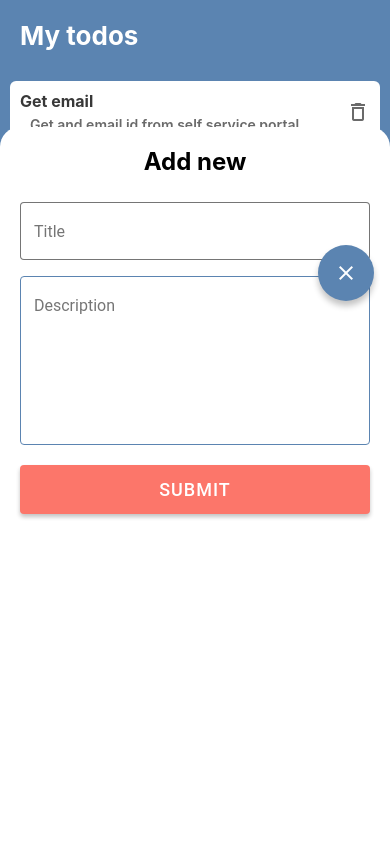
Repository: sadarsh216/Todo-App
Page: /, after clicking the first element matching `button.css-view-175oi2r`
These files come from the project's save history. The page is drawn as it stood at one moment and after the next save; the edit follows.
The browser window is 390 px wide. The pictures show the whole page.
The app was drawn by React Native's web renderer in a window 390 px wide. The project was rebuilt for these pictures with package versions that can differ from the ones it lists, and the page was loaded fresh each time.

Above is the page before, as saved 2021-10-09 15:17:59.

After the next save:
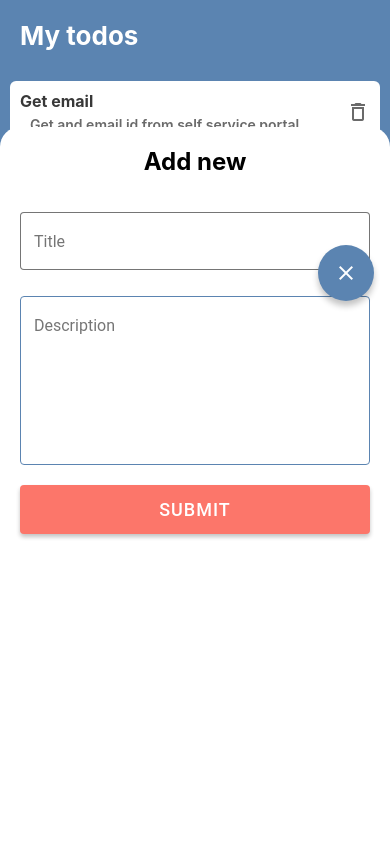
Saved 41 s later.
--- a/components/Modal.tsx
+++ b/components/Modal.tsx
@@ -78,7 +78,8 @@
     padding: 10,
     justifyContent: "space-around",
   },
-  input: {
+    input: {
+      marginTop:10,
     marginBottom: 10,
     backgroundColor: "white",
   },

After the save that followed:
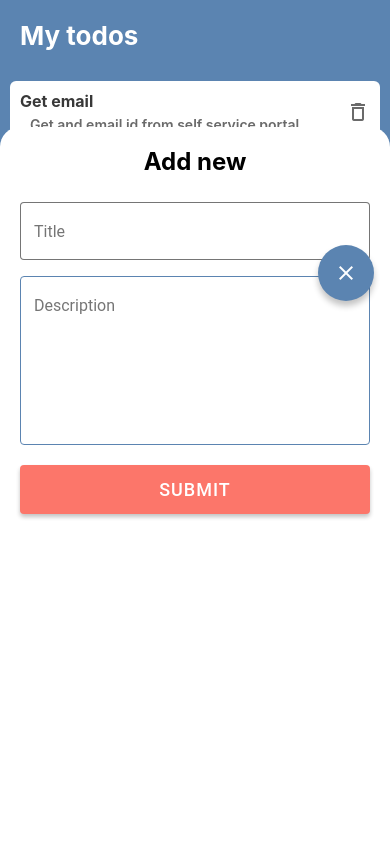
Saved 11 s later.
--- a/components/Modal.tsx
+++ b/components/Modal.tsx
@@ -78,8 +78,7 @@
     padding: 10,
     justifyContent: "space-around",
   },
-    input: {
-      marginTop:10,
+  input: {
     marginBottom: 10,
     backgroundColor: "white",
   },
